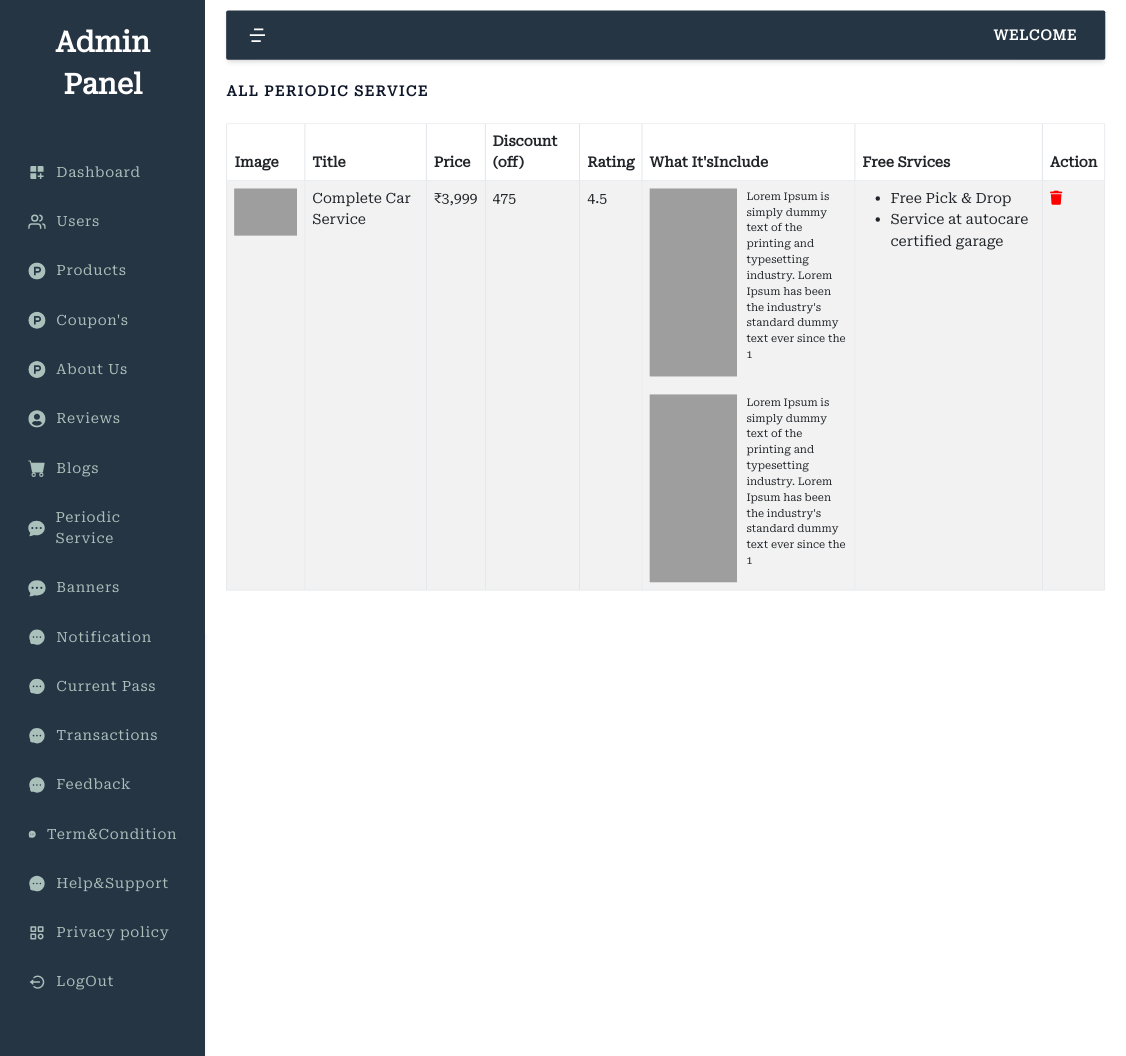
Repository: FlyweisReact/Arun-Chauhan
Page: /complaint
These files come from the project's save history. The page is drawn as it stood at one moment and after a run of saves; the edit follows.
The browser window is 1280 px wide. The pictures show the whole page, at 88% of full size.
Pictures or frames that could not be fetched are drawn as grey boxes. Some web libraries are served in a nearby version. The project was rebuilt for these pictures with package versions that can differ from the ones it lists, and the page was loaded fresh each time. Also part of the build but not shown: src/components/forms/Login.jsx, src/components/layout/Navbar.jsx, src/components/layout/Sidebar.jsx, src/components/layout/HOC.jsx, src/components/pages/Dashboard.jsx, src/components/vendorPanel/components/pages/Message/Message.js, src/components/pages/UserKundli/UserKundli.jsx, src/components/pages/discount/Discount.jsx and 27 more.

Above is the page before, as saved 2023-03-14 15:13:34.

### public/index.html
<!-- @format -->

<!DOCTYPE html>
<html lang="en">
  <head>
    <meta charset="utf-8" />
    <!-- <link rel="icon" href="%PUBLIC_URL%/favicon.png" /> -->
    <meta name="viewport" content="width=device-width, initial-scale=1" />
    <meta name="theme-color" content="#000000" />
    <meta
      name="description"
      content="Web site created using create-react-app"
    />
    <link rel="apple-touch-icon" href="%PUBLIC_URL%/favicon.ico?v=2" />



    <link rel="manifest" href="%PUBLIC_URL%/manifest.json" />
    <link rel="preconnect" href="https://fonts.googleapis.com">
    <link rel="preconnect" href="https://fonts.gstatic.com" crossorigin>
    <link href="https://fonts.googleapis.com/css2?family=Roboto+Serif&display=swap" rel="stylesheet">
    <title>Arun   Panel</title>
  </head>
  <body>
    <noscript>You need to enable JavaScript to run this app.</noscript>
    <div id="root"></div>
    <script src="https://code.jquery.com/jquery-3.6.0.min.js"></script>
    <script src="https://kit.fontawesome.com/b533b351e4.js" crossorigin="anonymous"></script>
  </body>
</html>

### src/index.js
import React from "react";
import ReactDOM from "react-dom/client";
import "./index.css";
import App from "./App";
import { BrowserRouter } from "react-router-dom";
import 'bootstrap/dist/css/bootstrap.min.css'

const root = ReactDOM.createRoot(document.getElementById("root"));
root.render(
  <React.StrictMode>
    <BrowserRouter>
      <App />
    </BrowserRouter>
  </React.StrictMode>
);

### src/index.css
/** @format */

@tailwind base;
@tailwind components;
@tailwind utilities;




body {
  margin: 0;
  font-family: 'Roboto Serif', serif  !important;
  -webkit-font-smoothing: antialiased;
  -moz-osx-font-smoothing: grayscale;
}

/* Wcomponents */
.wcomp::-webkit-scrollbar {
  width: 0px;
}
::-webkit-scrollbar {
  width: 0px;
}
::-webkit-scrollbar-track {
  background: #696f78;
}
/* Handle */
::-webkit-scrollbar-thumb {
  background: #b4b8bf;
}

.main-card--container {
  display: grid;
  grid-template-columns: repeat(3, minmax(300px, 500px));
  grid-gap: 50px;
  justify-content: space-around;
}
.card-container {
  margin: 25px 0 auto;
  position: relative;
  display: grid;
  grid-template-columns: 1fr;
  justify-content: space-around;
  align-items: flex-start;
}

.img-thumbnail {
  width: 80px;
}
.img-large {
  max-width: 80%;
}

.formInput {
  padding: 5px;
}

.BannerImg{
  display: grid;
  grid-template-columns: auto auto auto;
  margin: 20px;
  justify-content: space-evenly;
  text-align: center;
}
.BannerImg div{
  box-shadow: rgba(0, 0, 0, 0.35) 0px 5px 15px;
  padding: 10px;

}
.BannerImg img{
  width: 400px;
  height: 200px;
}


li{
  list-style: disc;
}
.carouselImages{
  width: 200px !important;
}
.Car{
  width: 200px !important;
}

.three-Sec{
  display: grid;
  justify-content: space-evenly;
  grid-template-columns: auto auto auto;
  text-align: center;
  color: black;

}
.three-Sec div{
  box-shadow: rgba(0, 0, 0, 0.35) 0px 5px 15px;
  margin-top: 40px;
  padding : 10px;
}
.three-Sec img{
  width: 400px;
}
.three-Sec p{
  font-size: 20px;
  font-weight: bold;
  margin: 0;
}
.three-Sec button{
  border: 1px solid #B80000;
  background-color: #ffff;
  color: #B80000;
  width: 100%;
  padding: 3px;
  margin-top: 10px;
  font-size: 20px;
  transition: 0.5s;
}

.three-Sec button:hover{
  background-color: #B80000;
  color: #ffff;
}

### src/App.js
/** @format */

import { Routes, Route } from "react-router-dom";
import Login from "./components/forms/Login";
import Dashboard from "./components/pages/Dashboard";
import { ToastContainer } from "react-toastify";
import MSG from "./components/vendorPanel/components/pages/Message/Message";
import "react-toastify/dist/ReactToastify.css";
import UserKundli from "./components/pages/UserKundli/UserKundli";
import Discount from "./components/pages/discount/Discount";
import Chat from "./components/pages/reactChat/Chat";
import Horoscope from "./components/pages/horoScope/Horoscope";
import Specification from "./components/pages/SpecificationPage/Specification";
import VendorLogin from "./components/vendorPanel/components/forms/VendorLogin";
import VendorDashboard from "./components/vendorPanel/components/pages/VendorDashboard";
import Fedd from "./components/pages/FeedBack/Fedd";
import Users from "./components/vendorPanel/components/pages/Users/Users";
import TimeSlots from "./components/pages/TimeSlots/TimeSlots";
import Documents from "./components/pages/Documents/Documents";
import Notify from "./components/pages/Notifications/Notify";
import ProductDetail from "./components/pages/FeedBack/ProductDetail";
import Product from "./components/vendorPanel/components/pages/Products/Product";
import Category from "./components/vendorPanel/components/pages/Category/Category";
import Order from "./components/vendorPanel/components/pages/Orders/Order";
import Complaint from "./components/vendorPanel/components/pages/Complaint/Complaint";
import Vendor from "./components/vendorPanel/components/pages/Vendors/Vendor";
import SubCategory from "./components/pages/Subcategory/SubCategory";
import Tour from "./components/vendorPanel/components/pages/Tour";
import Transaction from "./components/vendorPanel/components/pages/Transaction";
import Privacy from "./components/vendorPanel/components/pages/Terms/Privacy";
import Terms from "./components/vendorPanel/components/pages/Terms/Terms";
import Transactions from './components/vendorPanel/components/pages/Users/Transactions'
import CurrentPass from "./components/vendorPanel/components/pages/Users/CurrentPass";
import Offers from "./components/vendorPanel/components/pages/Users/Offers";
import FeedBack from "./components/vendorPanel/components/pages/Users/FeedBack";
import TermsCon from "./components/vendorPanel/components/pages/Users/TermsCon";
import HelpSupport from "./components/vendorPanel/components/pages/Users/HelpSupport";

function App() {
  return (
    <>
      <ToastContainer />

      <Routes>
        <Route path="/vendorLogin" element={<Login />} />
        <Route path="/dashboard" element={<Dashboard />} />
        <Route path="/userkundli" element={<UserKundli />} />
        <Route path="/discount" element={<Discount />} />
        <Route path="/horoscope" element={<Horoscope />} />
        <Route path="/specification" element={<Specification />} />


        <Route path="/chat" element={<Chat />} />
        <Route path="feedback" element={<Fedd />} />
        <Route path="/time" element={<TimeSlots />} />
        <Route path="/document" element={<Documents />} />
        <Route path="/subCategory" element={<SubCategory />} />
        <Route path="/not" element={<Notify />} />
        <Route path="/viewProduct/:id" element={<ProductDetail />} />


        {/* Admin Panel */}
        <Route path="/" element={<VendorLogin />} />
        <Route path="/ven" element={<Vendor />} />
        <Route path="/product" element={<Product />} />
        <Route path="/tour" element={<Tour />} />
        <Route path='/transaction' element={<Transaction />} />
        <Route path="/users" element={<Users />} />
        <Route path="/order" element={<Order />} />
        <Route path="/msg" element={<MSG />} />
        <Route path="/complaint" element={<Complaint />} />
        <Route path="/vendorDashboard" element={<VendorDashboard />} />
        <Route path="/category" element={<Category />} />
        <Route path="/privacy" element={<Privacy />} />
        <Route path="/terms" element={<Terms />} />
        <Route path="/trans" element={<Transactions />} />
        <Route path="/currentPass" element={<CurrentPass />} />
        <Route path="/offers" element={<Offers />} />
        <Route path="/feedBacks" element={<FeedBack />} />
        <Route path="/termsCon" element={<TermsCon />} />
        <Route path='/helpSupport' element={<HelpSupport />} />
      </Routes>
    </>
  );
}

export default App;

### src/components/vendorPanel/components/pages/Complaint/Complaint.js
/** @format */
import React, { useState } from "react";
import { Table, Modal, Button, Form } from "react-bootstrap";
import HOC from "../../layout/HOC";

const Complaint = () => {
  const [modalShow, setModalShow] = useState(false);

  function MyVerticallyCenteredModal(props) {
    return (
      <Modal
        {...props}
        size="lg"
        aria-labelledby="contained-modal-title-vcenter"
        centered
      >
        <Modal.Header closeButton>
          <Modal.Title id="contained-modal-title-vcenter">
            Update Help&Support
          </Modal.Title>
        </Modal.Header>
        <Modal.Body>
          <Form>
            <Form.Group className="mb-3">
              <Form.Label>Name</Form.Label>
              <Form.Control type="text" />
            </Form.Group>
            <Form.Group className="mb-3">
              <Form.Label>Email</Form.Label>
              <Form.Control type="text" />
            </Form.Group>
            <Button variant="outline-success" type="submit">
              Submit
            </Button>
          </Form>
        </Modal.Body>
        <Modal.Footer></Modal.Footer>
      </Modal>
    );
  }

  return (
    <>
      <MyVerticallyCenteredModal
        show={modalShow}
        onHide={() => setModalShow(false)}
      />

      <section>
        <div className="pb-4 sticky top-0  w-full flex justify-between items-center bg-white">
          <span className="tracking-widest text-slate-900 font-semibold uppercase ">
            All Periodic Service
          </span>

        </div>

        <div style={{ maxWidth: "100%", overflow: "auto" }}>
          <Table striped bordered hover>
            <thead>
              <tr>
                <th> Image</th>
                <th> Title</th>
                <th> Price</th>
                <th> Discount (off)</th>
                <th>Rating</th>
                <th>What It'sInclude</th>
                <th>Free Srvices</th>
                <th>Action</th>
              </tr>
            </thead>
            <tbody>
              <tr>
                <td>
                  <img
                    src="https://okcredit-blog-images-prod.storage.googleapis.com/2021/05/carrepair1.jpg"
                    alt=""
                    style={{ width: "100px" }}
                  />
                </td>
                <td>Complete Car Service</td>
                <td>₹3,999</td>
                <td>475</td>
                <td>4.5</td>
                <td>
                  <div style={{display : 'flex' , gap : '10px'}}>
                    <img
                      src="https://content.jdmagicbox.com/comp/def_content/car-repair-and-services/shutterstock-298682093-car-repair-and-services-19-b1mua.jpg"
                      alt=""
                      style={{ width: "100px" }}
                    />
                    <p style={{fontSize : '12px' , maxWidth : '300px'}}>
                      Lorem Ipsum is simply dummy text of the printing and
                      typesetting industry. Lorem Ipsum has been the industry's
                      standard dummy text ever since the 1
                    </p>
                  </div>
                  <div style={{display : 'flex' , gap : '10px' , marginTop : '20px'}}>
                    <img
                      src="https://content.jdmagicbox.com/comp/def_content/car-repair-and-services/shutterstock-298682093-car-repair-and-services-19-b1mua.jpg"
                      alt=""
                      style={{ width: "100px" }}
                    />
                    <p style={{fontSize : '12px' , maxWidth : '300px'}}>
                      Lorem Ipsum is simply dummy text of the printing and
                      typesetting industry. Lorem Ipsum has been the industry's
                      standard dummy text ever since the 1
                    </p>
                  </div>
                </td>
                <td>
                  <ul>
                    <li>Free Pick & Drop</li>
                    <li>Service at autocare certified garage</li>
                  </ul>
                </td>
                <td>
                <i class="fa-solid fa-trash" style={{color : 'red'}}></i>
                </td>
              </tr>
            </tbody>
          </Table>
        </div>
      </section>
    </>
  );
};

export default HOC(Complaint);

### src/components/vendorPanel/components/layout/HOC.jsx
import React, { useState } from "react";
import Navbar from "./Navbar";
import Sidebar from "./Sidebar";

const HOC = (Wcomponenet) => {
  return function Component() {
    const [hamb, setHamb] = useState(false);
    return (
      <>
        <section className="flex overflow-x-hidden relative">
          {/* Sidebar */}
          <div
            className={
              hamb
                ? " absolute top-0 z-30 md:w-auto shadow-md bg-slate-200  w-60 transition-all md:-left-full left duration-150  h-auto overflow-y-auto  left-0 "
                : " md:w-72 z-30 bg-slate-200  shadow-md  md:static absolute top-0 -left-full   transition-all duration-150  overflow-y-auto h-auto"
            }
          >
            <Sidebar hamb={hamb} setHamb={setHamb} />
          </div>
          {/* Components & Navbar */}
          <div
            className={
              hamb
                ? " transition-all px-4 py-2  bg-white duration-150 w-full h-screen"
                : " w-full h-screen  px-4 py-2  bg-white z-50 transition-all duration-150 "
            }
          >
            <Navbar hamb={hamb} setHamb={setHamb} />
            <div className="my-6 text-white h-[87%] wcomp overflow-y-auto">
              <Wcomponenet />
            </div>
          </div>
        </section>
      </>
    );
  };
};

export default HOC;

### src/components/vendorPanel/components/layout/Navbar.jsx
/** @format */

import { RiMenu4Line } from "react-icons/ri";

const Navbar = ({ hamb, setHamb }) => {

  return (
    <>

      <div
        className={
          hamb
            ? "flex  w-full justify-between  my-1 rounded-sm  p-4 py-3 shadow-md items-center  bg-slate-200 space-x-4"
            : "flex  w-full justify-between my-1 rounded-sm  p-4 py-3 shadow-md items-center  bg-slate-200 space-x-4"
        }
        style={{   backgroundColor: "#263544", color : "#fff"}}
      >
        <RiMenu4Line
          onClick={() => setHamb(!hamb)}
          className="text-2xl font-bold text-#fff-900 hover:scale-90 cursor-pointer"
        />

        <section className="flex sm:ml-auto justify-end sm:w-full items-center space-x-2  pr-2">
          <figcaption className="tracking-wider pl-1 font-semibold">
            <div className="lg:text-base text-sm text-#fff-900  uppercase" >
              Welcome
            </div>
          </figcaption>
        </section>


      </div>
    </>
  );
};

export default Navbar;

### src/components/vendorPanel/components/layout/Sidebar.jsx
/** @format */

import React from "react";
import { RiCloseLine } from "react-icons/ri";
import { Link, useNavigate } from "react-router-dom";
import { BsFillCartFill } from "react-icons/bs";
import { BiLogOutCircle ,BiCategory } from "react-icons/bi";
import { MdDashboardCustomize } from "react-icons/md";
import { BsFillChatDotsFill } from "react-icons/bs";
import { AiFillMessage } from "react-icons/ai";
import {FaProductHunt , FaUserCircle} from 'react-icons/fa'
import {FiUsers} from 'react-icons/fi'

const Sidebar = ({ hamb, setHamb }) => {
  const navigate = useNavigate();

  const nav = [
    {
      icon: <MdDashboardCustomize className="text-xl mr-3 rounded-full " />,
      link: "/vendorDashboard",
      name: "Dashboard",
    },
    {
      icon: <FiUsers className="text-xl mr-3" />,
      link: "/ven",
      name: "Users",
    },
    {
      icon: <FaProductHunt className="text-xl mr-3 rounded-full " />,
      link: "/tour",
      name: "Products",
    },
    {
      icon: <FaProductHunt className="text-xl mr-3 rounded-full " />,
      link: "/product",
      name: "Coupon's",
    },
    {
      icon: <FaProductHunt className="text-xl mr-3 rounded-full " />,
      link: "/transaction",
      name: "About Us",
    },
    {
      icon: <FaUserCircle className="text-xl mr-3" />,
      link: "/users",
      name: "Reviews",
    },
    {
      icon: <BsFillCartFill className="text-xl mr-3" />,
      link: "/order",
      name: "Blogs",
    },
    {
      icon: <BsFillChatDotsFill className="text-xl mr-3" />,
      link: "/complaint",
      name: "Periodic Service",
    },
    {
      icon: <BsFillChatDotsFill className="text-xl mr-3" />,
      link: "/offers",
      name: "Banners",
    },
    {
      icon: <AiFillMessage className="text-xl mr-3 rounded-full " />,
      link: "/msg",
      name: "Notification",
    },
    {
      icon: <AiFillMessage className="text-xl mr-3 rounded-full " />,
      link: "/currentPass",
      name: "Current Pass",
    },
    {
      icon: <AiFillMessage className="text-xl mr-3 rounded-full " />,
      link: "/trans",
      name: "Transactions",
    },
    {
      icon: <AiFillMessage className="text-xl mr-3 rounded-full " />,
      link: "/feedBacks",
      name: "Feedback",
    },
    {
      icon: <AiFillMessage className="text-xl mr-3 rounded-full " />,
      link: "/termsCon",
      name: "Term&Condition",
    },
    {
      icon: <AiFillMessage className="text-xl mr-3 rounded-full " />,
      link: "/helpSupport",
      name: "Help&Support",
    },
    {
      icon: <BiCategory className="text-xl mr-3" />,
      link: "/privacy",
      name: "Privacy policy",
    }
  ];

  const logOut = () => {
    localStorage.removeItem("token");
    navigate("/vendorLogin");
  };

  return (
    <>
      <div className="p-4 h-auto"   style={{
          backgroundColor: "#263544",
          minHeight : '100vh'
        }}>
        {/* Top */}
        <div className="w-full md:hidden relative  p-2 mb-4">
          <RiCloseLine
            onClick={() => setHamb(!hamb)}
            className="text-3xl  absolute top-2 sm:hover:rotate-[228deg] transition-transform font-bold right-2 sm:hover:text-[22px] text-[rgb(241,146,46)] cursor-pointer"
          />
        </div>
        {/* Logo */}
        <figure className="flex  flex-col items-center">
        <span
            className="font-bold text-[rgb(241,146,46)]"
            style={{ fontSize: "2rem", textAlign: "center", color: "#fff" }}
          >
            Admin Panel
          </span>
        </figure>
        {/* Nav-menu */}
        <nav className="py-6">
          {nav.map((nav) => {
            return (
              <Link to={nav.link} key={nav.name} className="" style={{textDecoration : 'none'}}>
                <span className="flex my-3 items-center cursor-pointer    tracking-wider p-2 rounded-sm"  style={{ color: "#aac0bb"  , textDecoration : 'none'}}>
                  {nav.icon} {nav.name}
                </span>
              </Link>
            );
          })}
          <span
            className="flex my-3 items-center cursor-pointer   tracking-wider p-2 rounded-sm"
            onClick={() => logOut()}
            style={{ color: "#aac0bb" }}
          >
            <BiLogOutCircle className="text-xl mr-3 rounded-full " /> LogOut
          </span>
        </nav>
      </div>
    </>
  );
};

export default Sidebar;

Loaded but not shown: tailwind.config.js (common file)

After the next 3 saves:
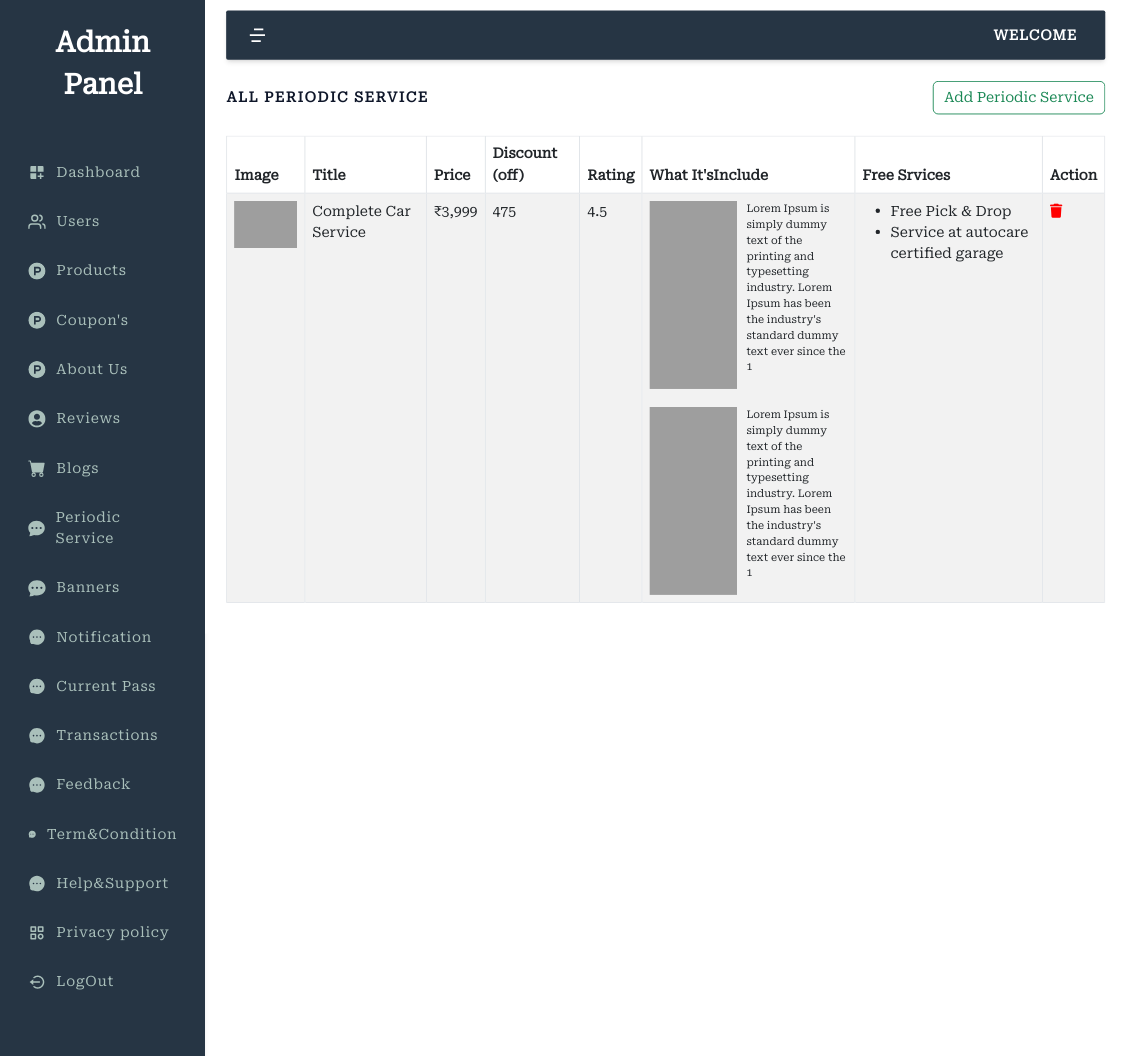
The 3 saves are shown as one change because 1 did not build or start and some came seconds apart.
The last was saved 15 s later.
--- a/src/components/vendorPanel/components/pages/Complaint/Complaint.js
+++ b/src/components/vendorPanel/components/pages/Complaint/Complaint.js
@@ -51,7 +51,7 @@ const Complaint = () => {
           <span className="tracking-widest text-slate-900 font-semibold uppercase ">
             All Periodic Service
           </span>
-
+          <Button variant="outline-success">Add Periodic Service</Button>
         </div>
 
         <div style={{ maxWidth: "100%", overflow: "auto" }}>
